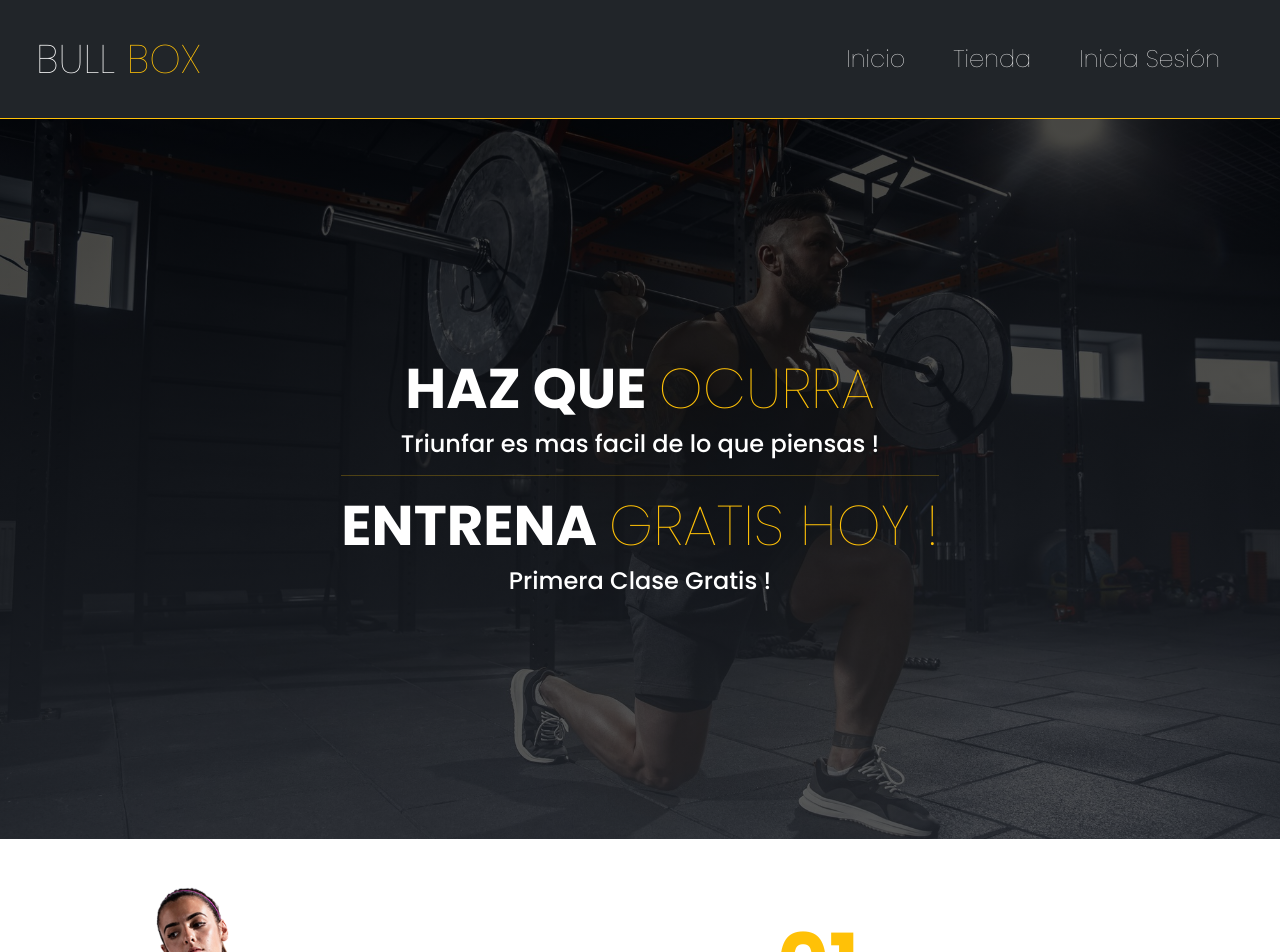
Repository: enjeru13/BullBox
Page: / (app in BullBox/)
These files come from the project's save history. The page is drawn as it stood at one moment and after the next save; the edit follows.
The browser window is 1280 px wide. The pictures show the part of the page from y = 0 to 952 px (the page is 4177 px tall).
The project was rebuilt for these pictures with package versions that can differ from the ones it lists, and the page was loaded fresh each time. Also part of the build but not shown: BullBox/vite.config.js, BullBox/src/pages/Registro.jsx, BullBox/src/pages/Login.jsx, BullBox/src/pages/Perfil.jsx, BullBox/src/pages/Tienda.jsx, BullBox/ProtectedRoute.jsx.

Above is the page before, as saved 2024-10-28 12:18:52.

After the next save:
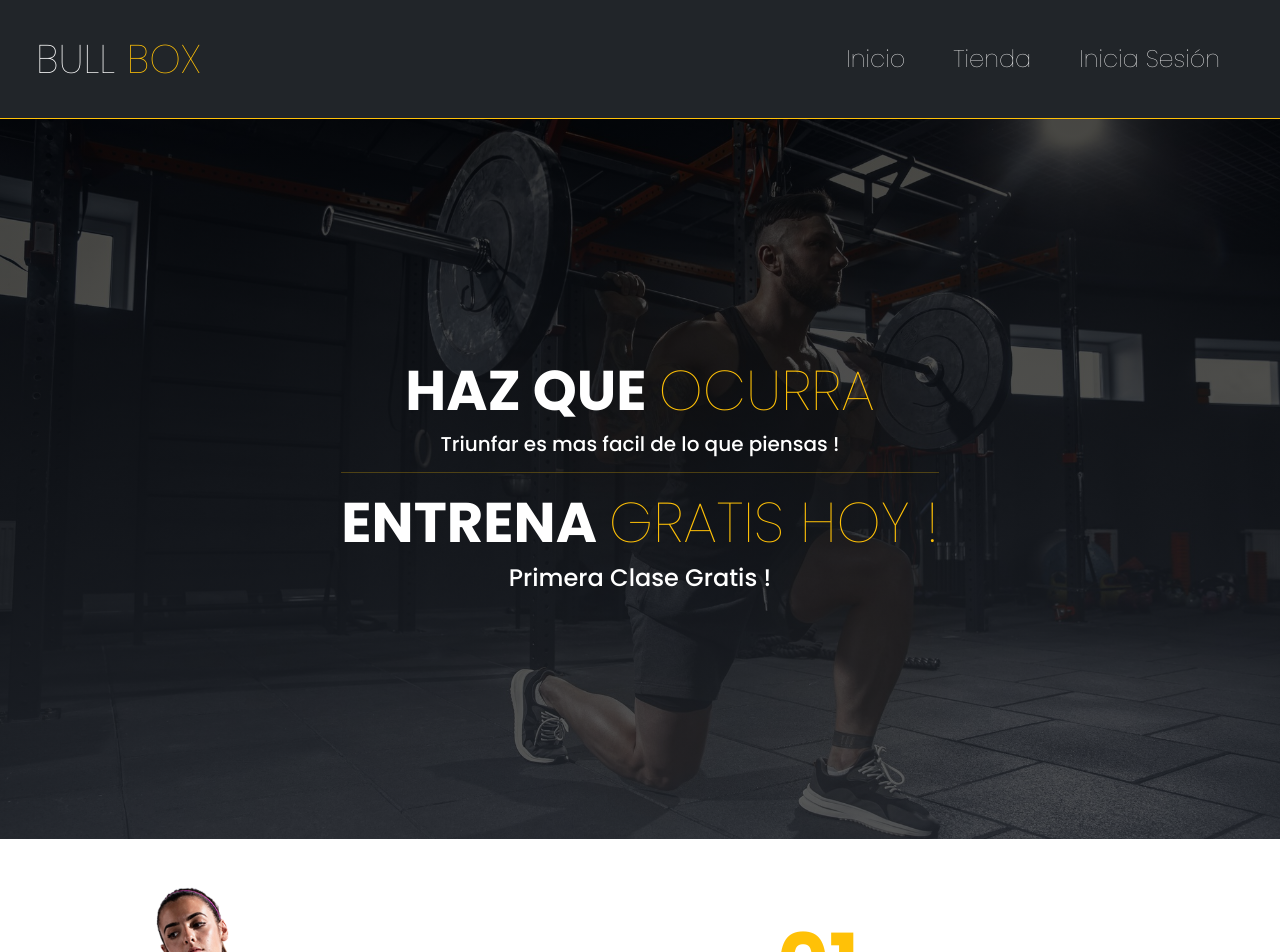
Saved 20 s later.
--- a/BullBox/src/pages/Inicio.jsx
+++ b/BullBox/src/pages/Inicio.jsx
@@ -13,7 +13,7 @@ function Inicio() {
             <section className="bg-image text-center text-white fw-bold">
                 <div className=''>
                     <h2 className='fw-bold display-4'>HAZ QUE <span className='text-warning'>OCURRA</span></h2>
-                    <h4 className=''>Triunfar es mas facil de lo que piensas !</h4>
+                    <h5 className=''>Triunfar es mas facil de lo que piensas !</h5>
                     <hr className='text-warning' />
                     <h2 className='fw-bold display-4'>ENTRENA <span className='text-warning'>GRATIS HOY ! </span> </h2>
                     <h4 className=''>Primera Clase Gratis !</h4>
